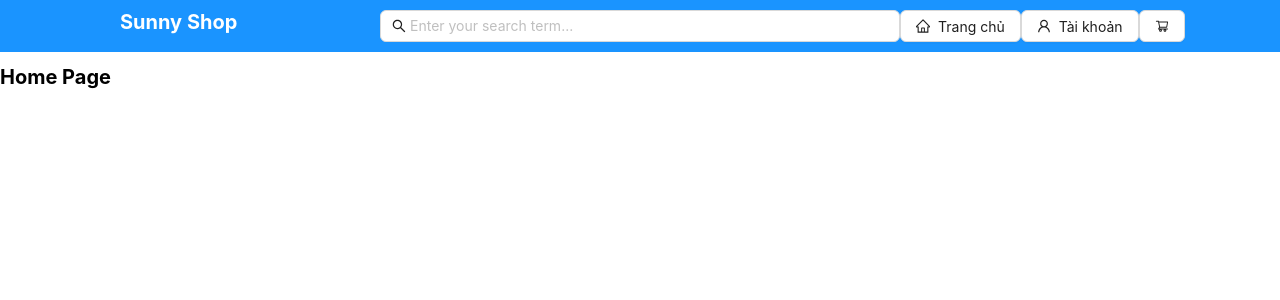
Repository: manhhieu120499/E-Commerce
Page: /
An editor plug-in stored every save of this project. The page is shown before and after the next save, followed by the edit.
The browser window is 1280 px wide. The pictures show the whole page.
The project was rebuilt for these pictures with package versions that can differ from the ones it lists, and the page was loaded fresh each time. Also part of the build but not shown: src/pages/product/Product.js, src/pages/order/Order.js, src/pages/notFound/NotFound.js, src/layouts/NormalLayout/NormalLayout.js.

Above is the page before, as saved 2024-12-31 18:26:08.

After the next save:
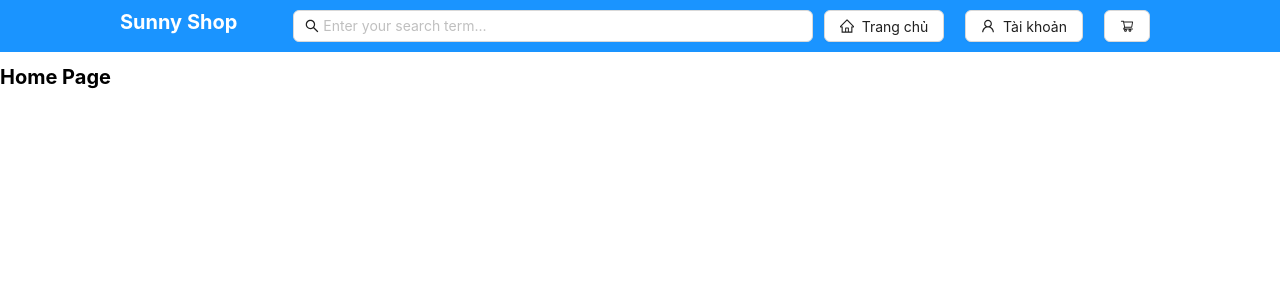
Saved 31 s later.
--- a/src/components/Header/Header.js
+++ b/src/components/Header/Header.js
@@ -11,7 +11,7 @@ export default function Header({ children }) {
   return (
     <div>
       <WrapperRow>
-        <Col span={6}>
+        <Col span={4}>
           <WrapperSpan>Sunny Shop</WrapperSpan>
         </Col>
         <Col span={12}>
@@ -24,7 +24,7 @@ export default function Header({ children }) {
           />
         </Col>
         <Col
-          span={6}
+          span={8}
           style={{
             display: "flex",
             alignItems: "center",
